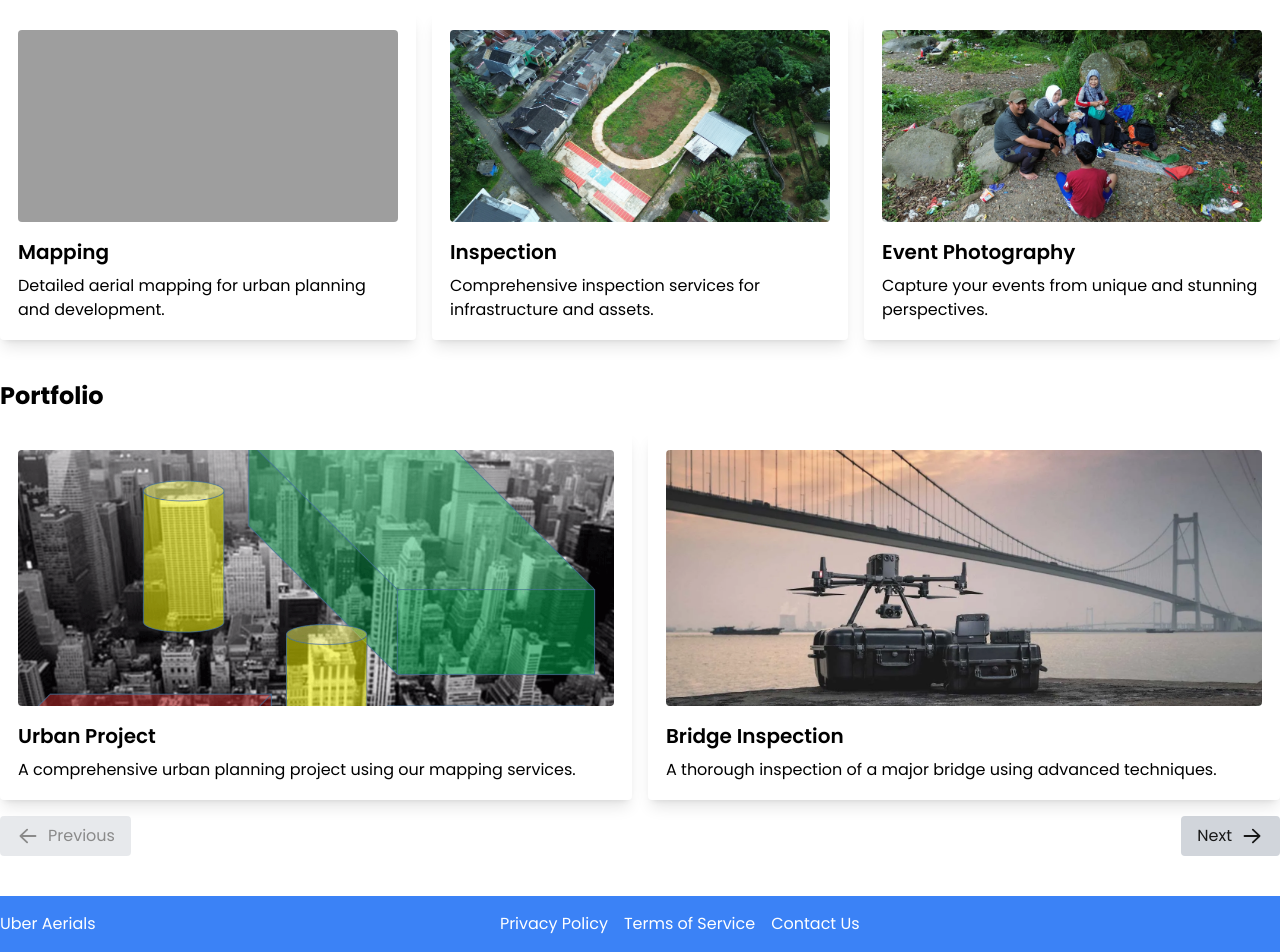
Repository: Adriankf59/drone-portofolio
Page: /
These files come from the project's save history. The page is drawn as it stood at one moment and after the next save; the edit follows.
The browser window is 1280 px wide. The pictures show the part of the page from y = 948 to 1900 px (the page is 1900 px tall).
Pictures or frames that could not be fetched are drawn as grey boxes. The project was rebuilt for these pictures with package versions that can differ from the ones it lists, and the page was loaded fresh each time. The framework's server and built-in components were replaced by stand-ins that run in the browser. Also part of the build but not shown: next.config.mjs.

Above is the page before, as saved 2025-01-30 20:59:23.

After the next save:
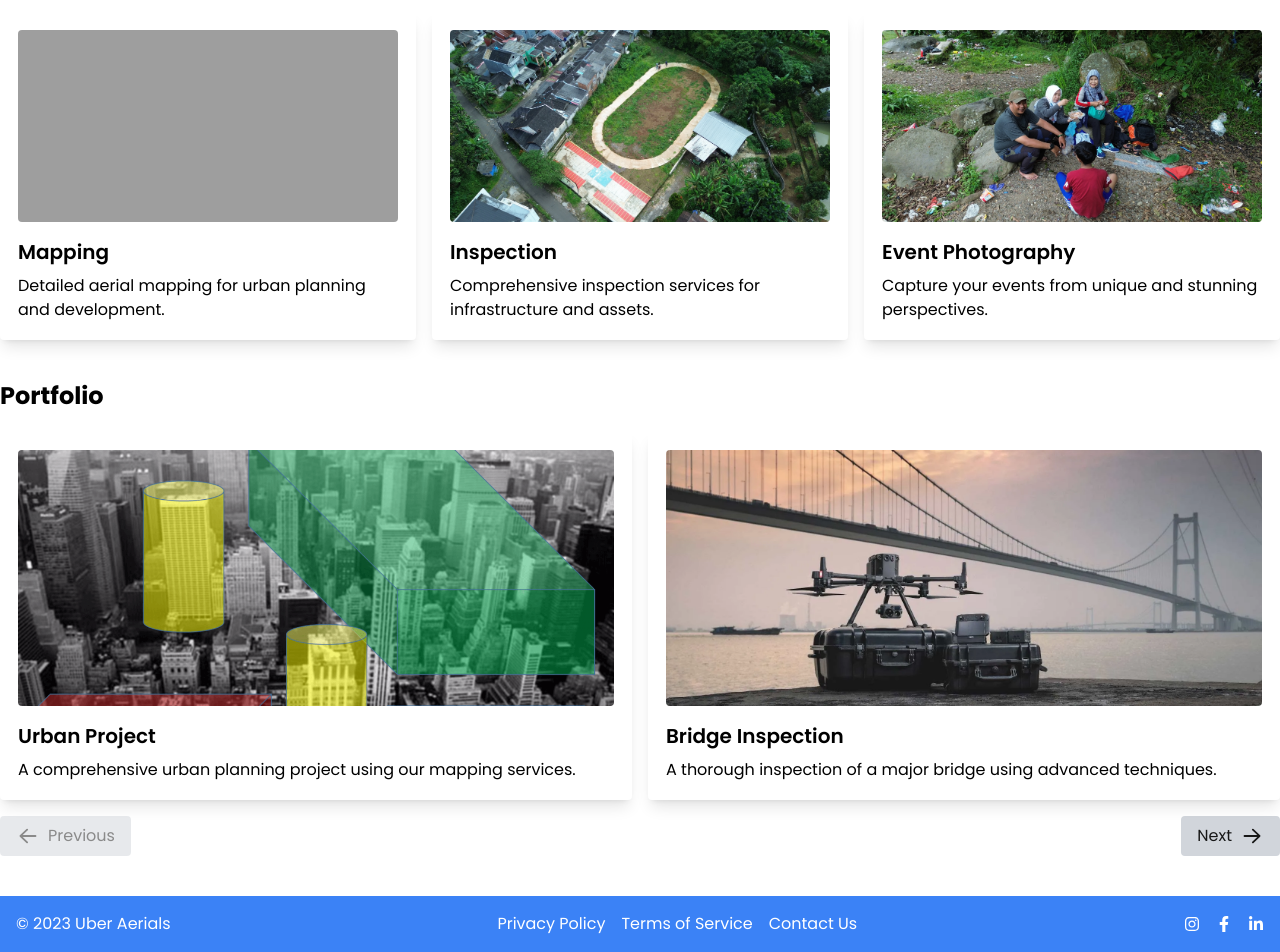
Saved 14 min 39 s later.
--- a/components/Footer.js
+++ b/components/Footer.js
@@ -1,20 +1,26 @@
-// components/Footer.js
 import React from 'react';
+import { FaInstagram, FaFacebookF, FaLinkedinIn } from 'react-icons/fa';
 
 const Footer = () => {
   return (
     <footer className="bg-blue-500 py-4">
-      <div className="max-w-7xl mx-auto flex justify-between items-center text-white">
-        <p>Uber Aerials</p>
-        <ul className="flex space-x-4">
-          <li>Privacy Policy</li>
-          <li>Terms of Service</li>
-          <li>Contact Us</li>
+      <div className="max-w-7xl mx-auto px-4 flex flex-col md:flex-row justify-between items-center text-white">
+        <p className="mb-4 md:mb-0">© 2023 Uber Aerials</p>
+        <ul className="flex flex-col md:flex-row space-y-2 md:space-y-0 md:space-x-4 mb-4 md:mb-0">
+          <li className="hover:underline cursor-pointer">Privacy Policy</li>
+          <li className="hover:underline cursor-pointer">Terms of Service</li>
+          <li className="hover:underline cursor-pointer">Contact Us</li>
         </ul>
-        <div className="flex space-x-2">
-          <i className="fab fa-twitter"></i>
-          <i className="fab fa-facebook-f"></i>
-          <i className="fab fa-linkedin-in"></i>
+        <div className="flex space-x-4">
+          <a href="#" className="hover:text-gray-300">
+            <FaInstagram />
+          </a>
+          <a href="#" className="hover:text-gray-300">
+            <FaFacebookF />
+          </a>
+          <a href="#" className="hover:text-gray-300">
+            <FaLinkedinIn />
+          </a>
         </div>
       </div>
     </footer>
